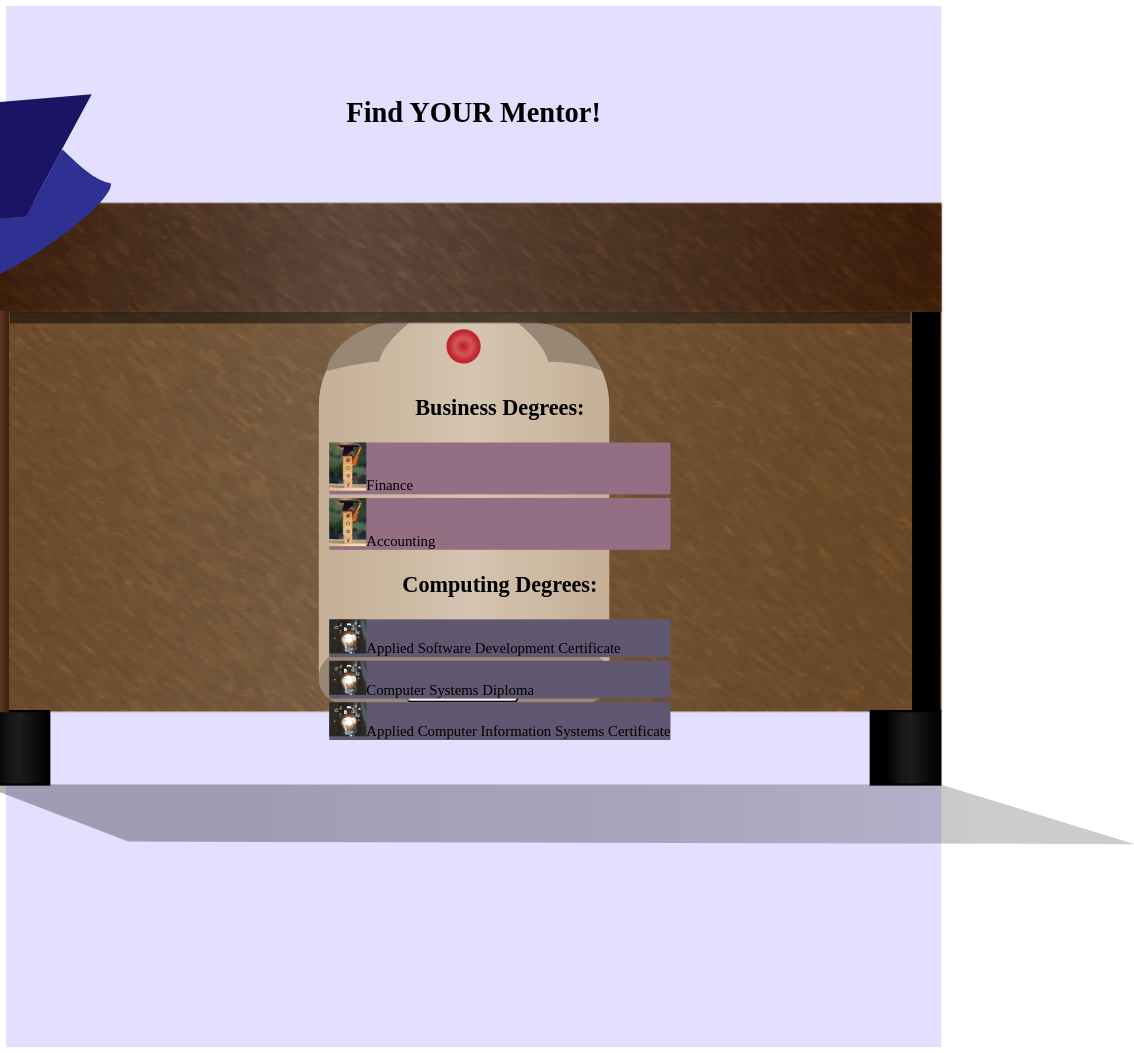
Repository: anikagrewal/week3example
Page: /
These files come from the project's save history. The page is drawn as it stood at one moment and after the next save; the edit follows.
The browser window is 1280 px wide. The page is 1533 px wide, so the pictures cover 1533 px, including what lies to the right of the window. The pictures show the whole page, at 74% of full size.
The project was rebuilt for these pictures with package versions that can differ from the ones it lists, and the page was loaded fresh each time. The framework's server and built-in components were replaced by stand-ins that run in the browser. Also part of the build but not shown: next.config.js.

Above is the page before, as saved 2023-01-23 14:12:09.

After the next save:
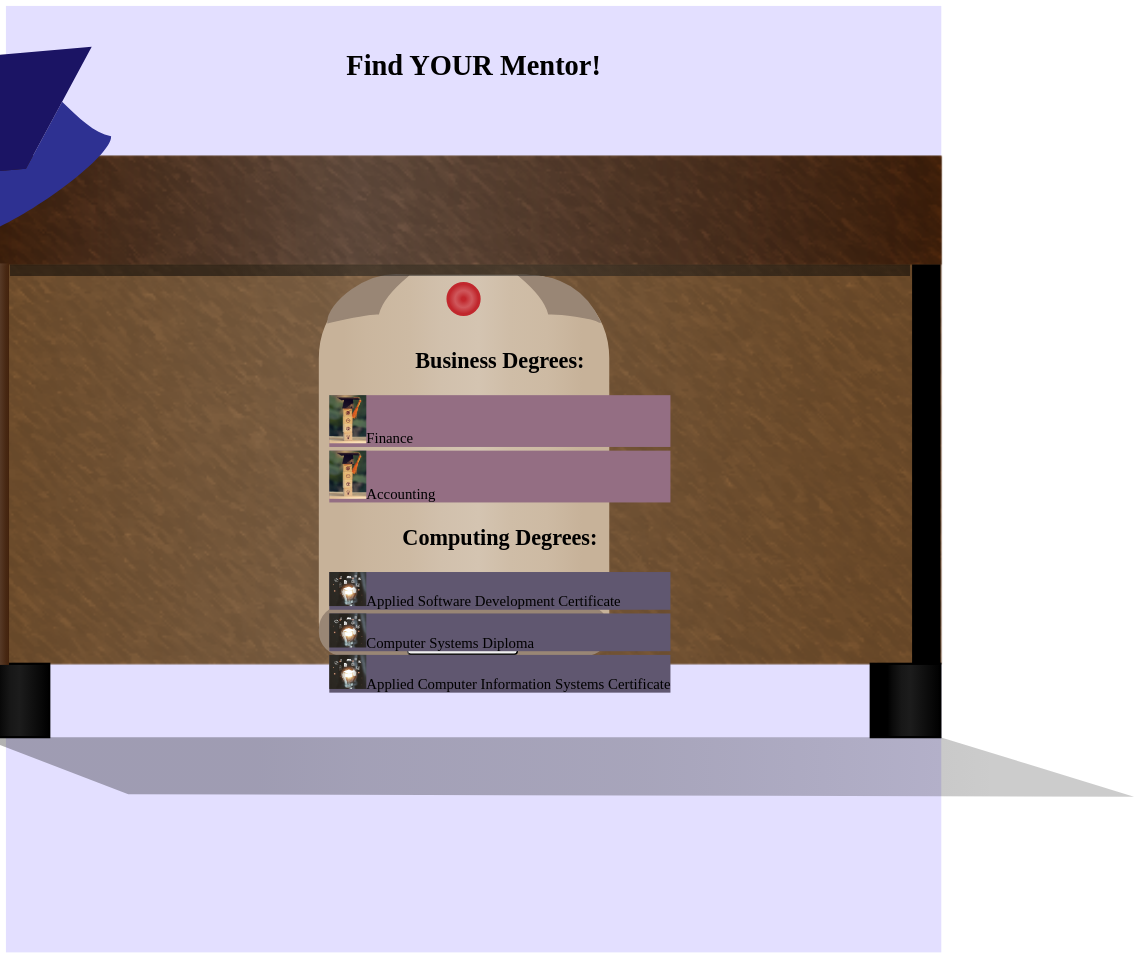
Saved 54 s later.
--- a/styles/Home.module.css
+++ b/styles/Home.module.css
@@ -3,7 +3,7 @@
   flex-direction: column;
   justify-content: space-between;
   align-items: center;
-  padding: 6rem;
+  padding: 2rem;
   min-height: 100vh;
   background-color: var(--background-body-color);
 }
